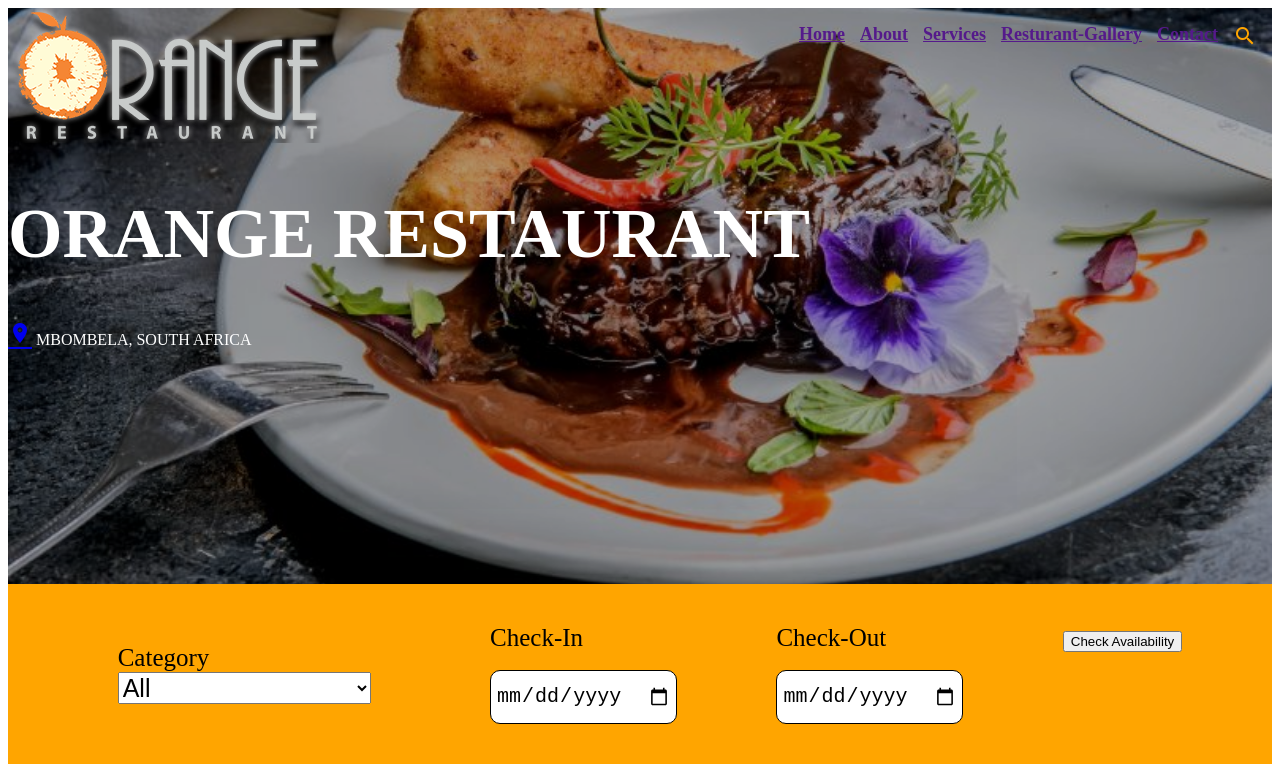
Repository: KaraboM20/KaraboUpdatedProjectOrang-Rest
Page: index.html
These files come from the project's save history. The page is drawn as it stood at one moment and after a run of saves; the edit follows.
The browser window is 1280 px wide. The pictures show the whole page.

Above is the page before, as saved 2024-11-21 16:12:01.

After the next 6 saves:
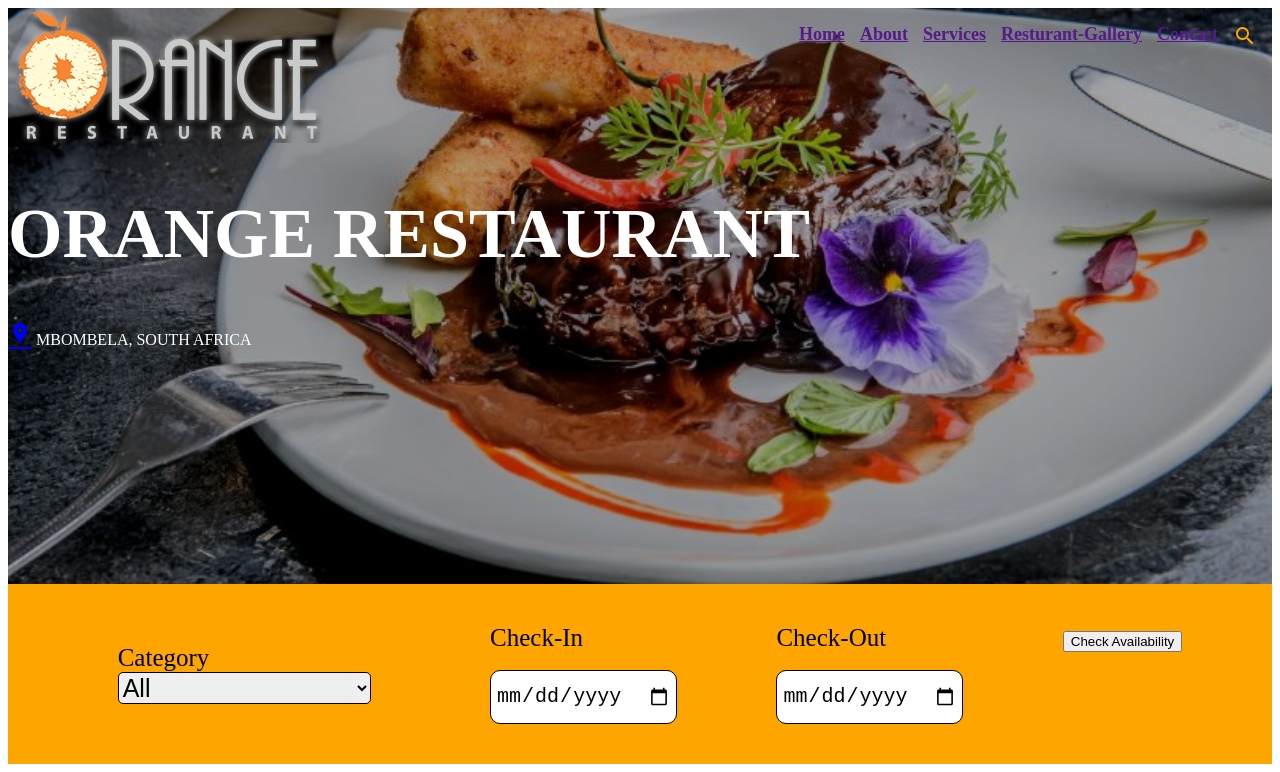
The 6 saves are shown as one change because they came seconds apart.
The last was saved 22 s later.
--- a/style.css
+++ b/style.css
@@ -87,7 +87,8 @@ h1 {
 
 #category-select {
     font-size: 25px;
-    border: ;
+    border: 1px solid black;
+    border-radius: 5px;
 }
 
 .check-in {
